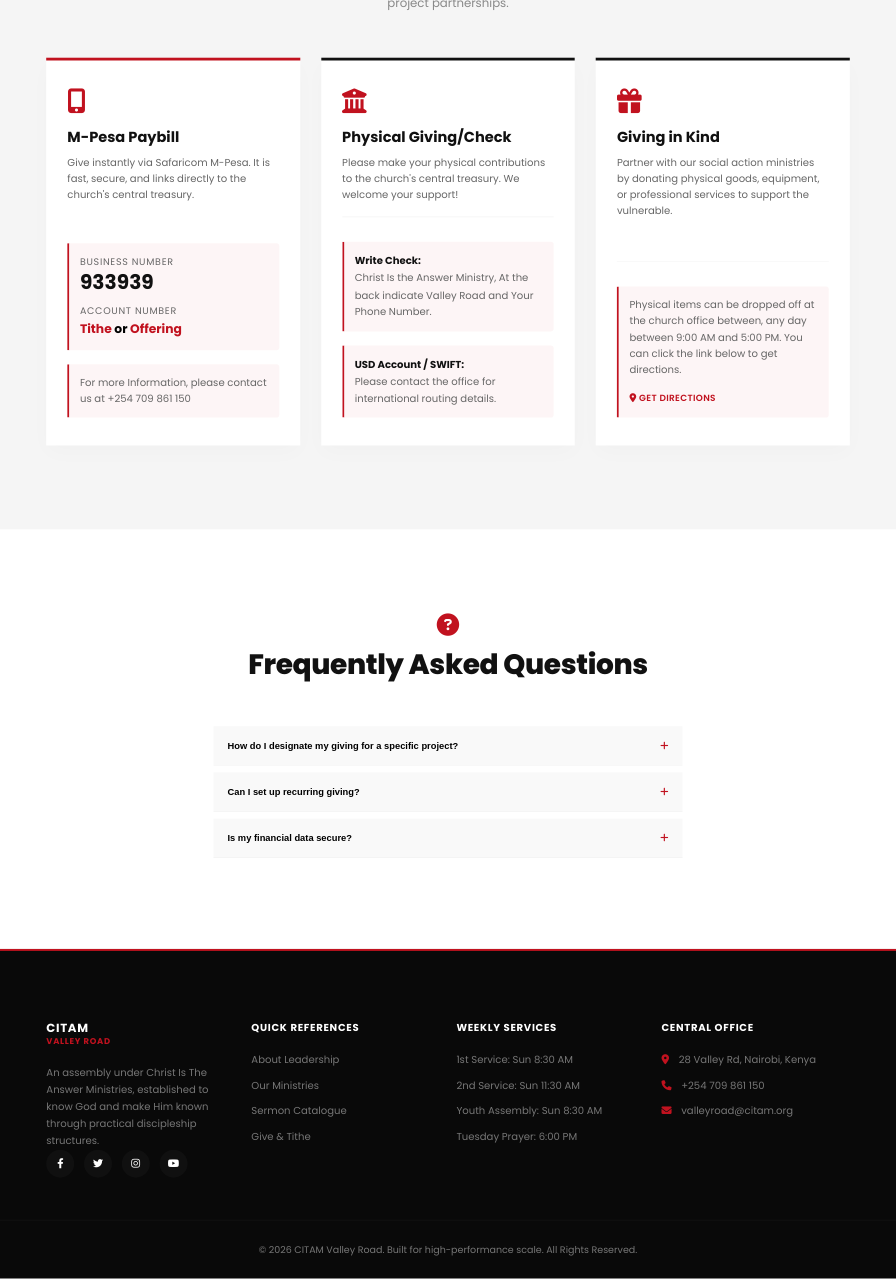
Repository: jereworks/CITAMVRD-Website
Page: give.html
An editor plug-in stored every save of this project. The page is shown before and after a run of saves, followed by the edit.
The browser window is 1280 px wide. The pictures show the part of the page from y = 738 to 2658 px (the page is 2565 px tall before and 2658 px after), at 70% of full size.

Above is the page before, as saved 2026-06-12 07:58:39.

After the next 3 saves:
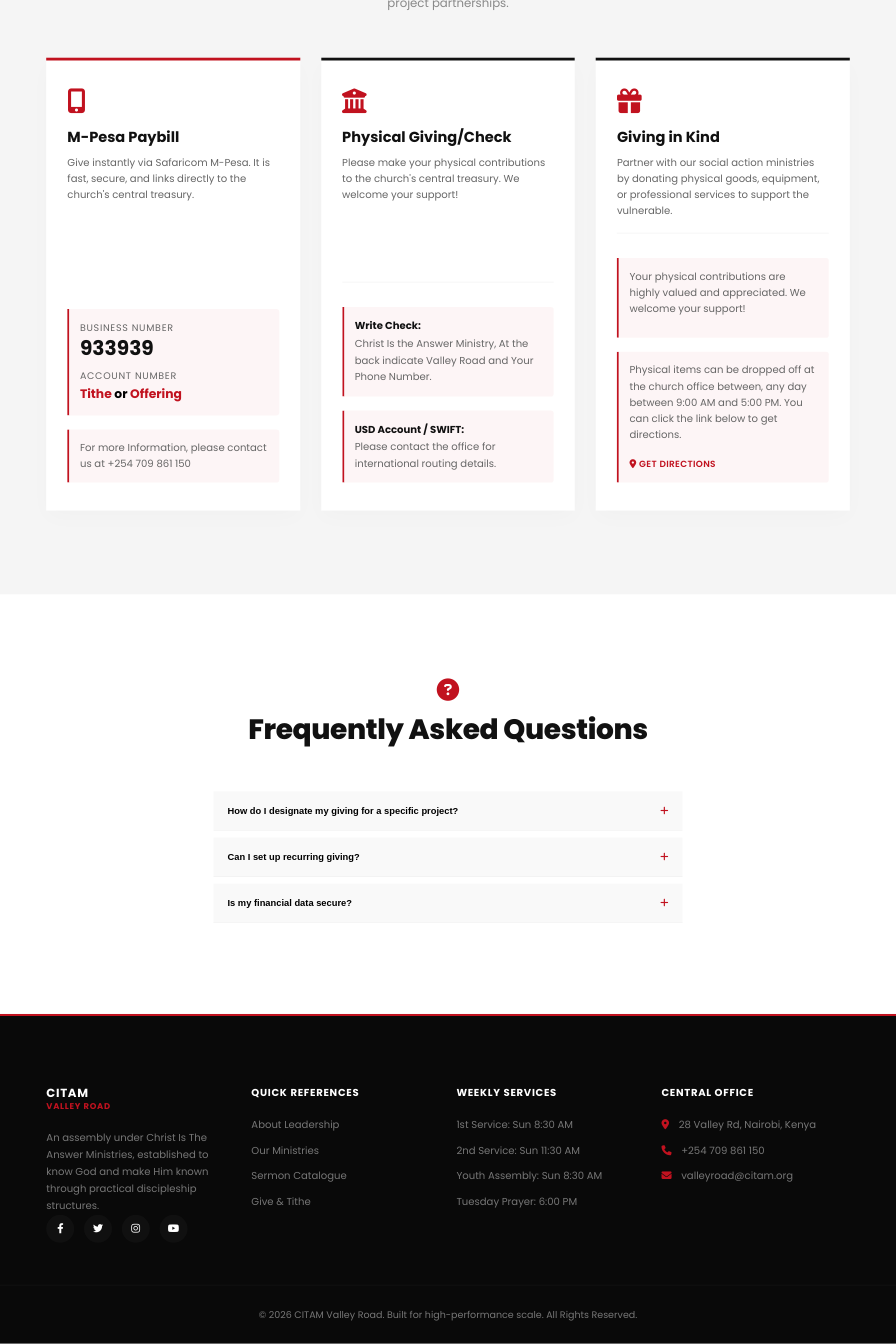
The 3 saves are shown as one change because they came seconds apart.
The last was saved 11 s later.
--- a/give.html
+++ b/give.html
@@ -137,6 +137,11 @@
                     <p style="flex-grow: 1;">Partner with our social action ministries by donating physical goods, equipment, or professional services to support the vulnerable.</p>
 
                     <div style="border-top: 1px solid rgba(0,0,0,0.05); padding-top: 15px; margin-top: 20px;">
+
+                        <div style="background: rgba(193, 18, 31, 0.04); border-left: 3px solid var(--primary); padding: 15px; margin-top: 20px; border-radius: 0 4px 4px 0;">
+                            <p style="font-size: 0.9rem; margin-bottom: 15px;">Your physical contributions are highly valued and appreciated. We welcome your support!</p>
+                        </div>
+
                         <div style="background: rgba(193, 18, 31, 0.04); border-left: 3px solid var(--primary); padding: 15px; margin-top: 20px; border-radius: 0 4px 4px 0;">
                             <p style="font-size: 0.9rem; margin-bottom: 15px;">Physical items can be dropped off at the church office between, any day between 9:00 AM and 5:00 PM. You can click the link below to get directions.</p>
                             <a href="contact.html" class="action-link" style="color: var(--primary);"><i class="fas fa-map-marker-alt"></i> Get Directions</a>
